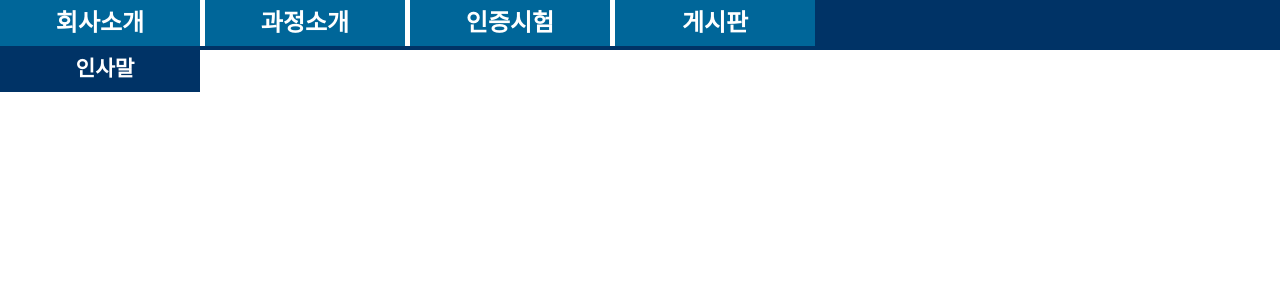
Repository: gyetol/web
Page: 4_11_web/CSS/WebContent/index.html
These files come from the project's save history. The page is drawn as it stood at one moment and after the next save; the edit follows.
The browser window is 1280 px wide. The pictures show the whole page.

Above is the page before, as saved 2020-04-11 08:50:10.

### 4_11_web/CSS/WebContent/index.html
<!DOCTYPE html>
<html lang="en">
<head>
    <meta charset="UTF-8">
    <title>SW인증센터에 오신걸 환영합니다</title>
    <link rel="stylesheet" href="css/style.css">
</head>
<body>

<ul>

<li>회사소개
	<ul>
	<li>인사말</li>
	</ul>
</li>
<li>과정소개
	<ul>
	<li>프로그래밍</li>
	<li>데이터베이스</li>
	<li>IoT</li>
	</ul>
</li>
<li>인증시험
	<ul>
	<li>정보처리기사</li>
	<li>알고리즘</li>
	</ul>
</li>
<li>게시판
	<ul>
	<li>공지사항</li>
	<li>묻고답하기</li>
	<li>Q&amp;A</li>
	</ul>
</li>
</ul>


</body>
</html>

### 4_11_web/CSS/WebContent/css/style.css
body,ul,li{
	margin:0;
	padding:0;
}
ul::before, ul::after{
	content:'';
	display:block;
	clear:both;
}
li{list-style:none;}
body>ul{height:50px; background-color:#003366; cursor:default;}
body>ul>li{
	float:left;
	width:200px;
	height:46px;
	line-height:46px;
	font-size:18pt;
	font-weight:bold;
	background-color:#006699;
	color:white;
	text-align:center;
	border-left:5px solid #ffffff
}
body>ul>li:first-child{border-left:none;}
li>ul{
	background-color:#003366;
	display:none;
}
li>ul>li{
	padding-left:10px;
	font-size:16pt;
	font-weight:bold;
	color:#ffffff;
}

body>ul>li:hover>ul{
	display:block;
	cursor:pointer;
	color:#fcfcfc;
}

After the next save:
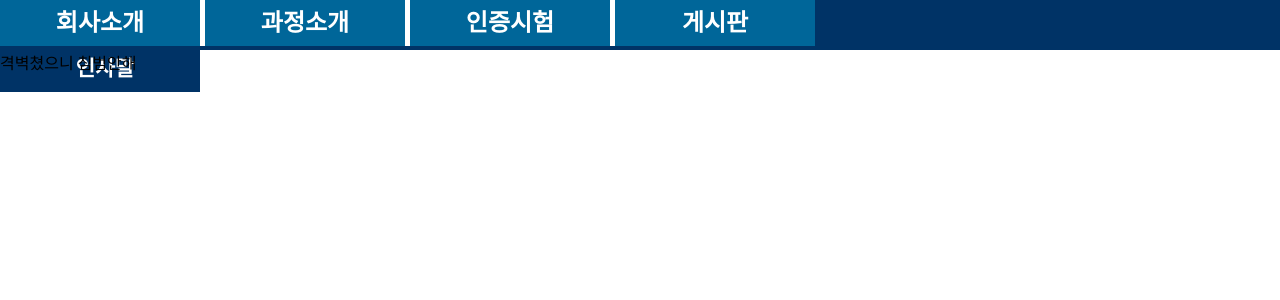
Saved 43 s later.
--- a/4_11_web/CSS/WebContent/index.html
+++ b/4_11_web/CSS/WebContent/index.html
@@ -35,7 +35,9 @@
 	</ul>
 </li>
 </ul>
-
+<div>
+격벽쳤으니 침범안해
+</div>
 
 </body>
 </html>
